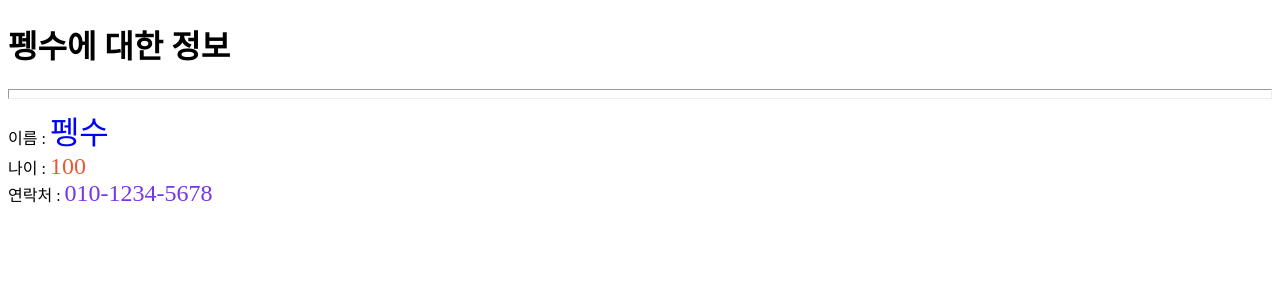
Repository: ujin2021/jsp_study
Page: jsp01/WebContent/me2.html
These files come from the project's save history. The page is drawn as it stood at one moment and after the next save; the edit follows.
The browser window is 1280 px wide. The pictures show the whole page.

Above is the page before, as saved 2020-01-11 07:54:10.

After the next save:
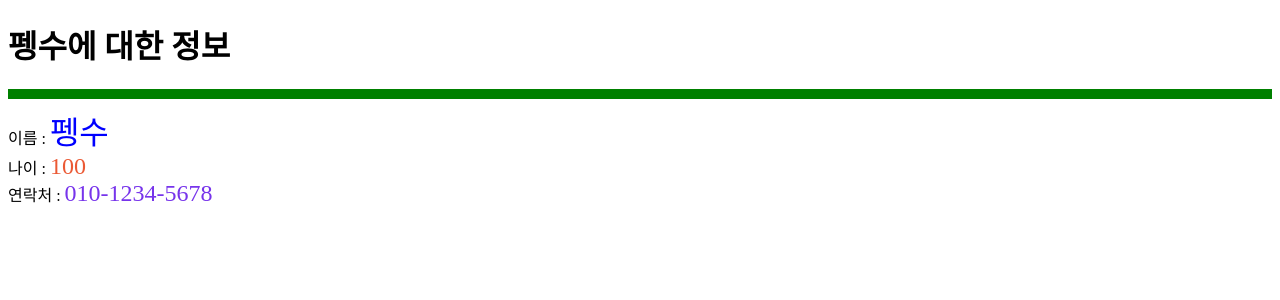
Saved 18 s later.
--- a/jsp01/WebContent/me2.html
+++ b/jsp01/WebContent/me2.html
@@ -8,7 +8,7 @@
 <h1>펭수에 대한 정보</h1>
 <!-- header 제목용 -->
 <!-- 옆에 다른 것이 오게 할 수 없다. -->
-<hr size="10">
+<hr size="10" color="green">
 이름 : <font color="blue" size="6">펭수</font> <br>
 나이 : <font color="#eb5934" size="5">100</font> <br>
 연락처 : <font color="#7734eb" size="5">010-1234-5678</font> <br>
